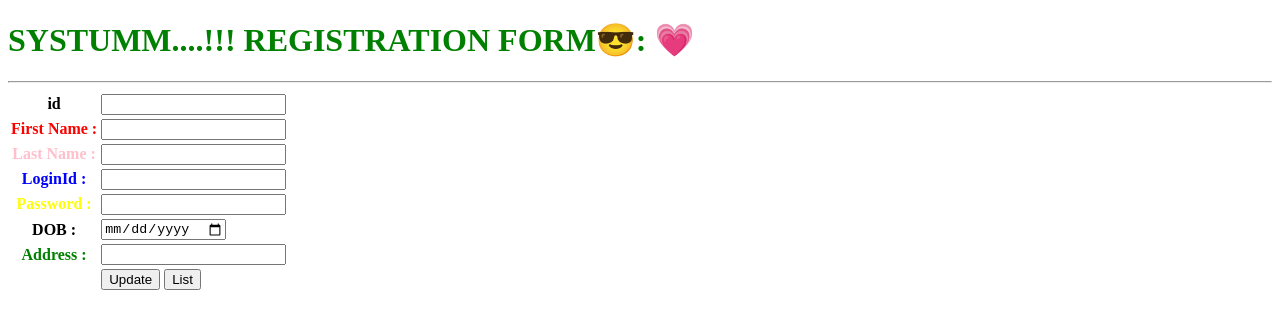
Repository: Jatdevta/AdvanceJava
Page: http://localhost/DynamicProject/UpdateUser.jsp
An editor plug-in stored every save of this project. The page is shown before and after the next save, followed by the edit.
The browser window is 1280 px wide. The pictures show the whole page.
The page is served by Tomcat 9.

Above is the page before, as saved 2023-08-21 09:37:08.

After the next save:
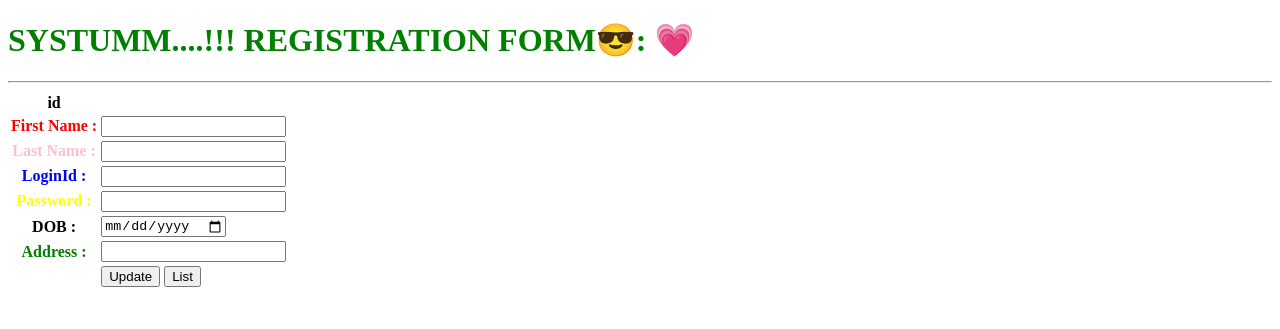
Saved 26 s later.
--- a/Advancejava/DynamicProject/WebContent/UpdateUser.jsp
+++ b/Advancejava/DynamicProject/WebContent/UpdateUser.jsp
@@ -13,7 +13,7 @@
 
 			<tr>
 				<th>id</th>
-				<td><input type="text" name="id"></td>
+				<td><input type="hidden" name="id"></td>
 			</tr>
 
 			<tr>
